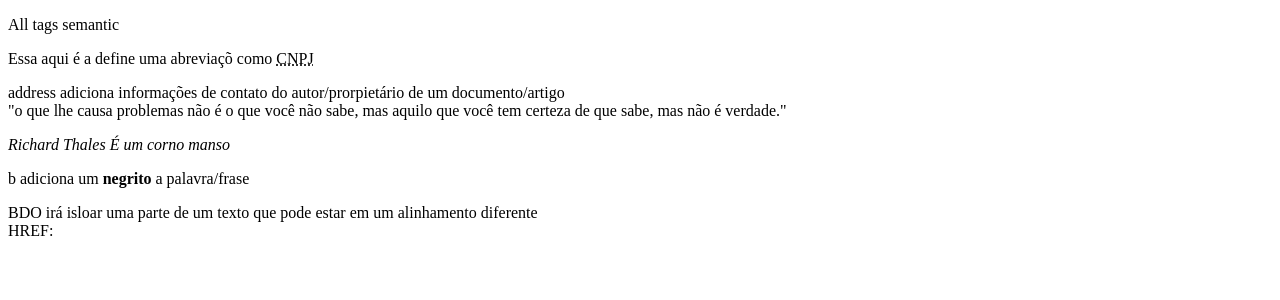
Repository: ErikMesquita/Danki-Code
Page: formatação/index.html
The author's editor kept a copy of each file at every save. The page is drawn from the files as they stood at one save, then again after a run of saves.
The browser window is 1280 px wide. The pictures show the whole page.

Above is the page before, as saved 2023-10-28 11:06:58.

### formatação/index.html
<!DOCTYPE html>
<html lang="pt-br">

<head>
    <meta charset="UTF-8">
    <meta name="viewport" content="width=device-width, initial-scale=1.0">
    <title>Tags de Formatação</title>
</head>

<body>

    <p>All tags semantic</p>
    <!--
        <abbr title=""></abbr> (define uma abreviação ou acrônimo.)

        <address></address> (adiciona informações de contato do autor/proprietário de um documento/artigo.)

        <b></b> (adiciona negrito a uma frase.)

        <bdi></bdi> (irá isolar um parte de um texto formatado que pode estar em um alinhamento diferente.)

        <bdo dir=""></bdo> (substitui a direção do texto autal.)

        <blockquote></blockquote> (define uma citação.)

        <cite></cite> (define o títilo de uma citação.)

        <code></code> (adiciona uma parte de um código. *refere-se ao código de uma linguagem de programação.)

        <del></del> (define um texto que será excluído do documento.)

        <dfn></dfn> (define um termo que será usado posteriormente no documento.)

        <em></em> (usado para dar ênfase a um texto ou frase.)

        <i></i> (permite que um texto ou frase fique em itálico.)

        <ins></ins> (define um texto que será inserido no documento.)

        <kbd></kbd> (define umma letra de atalho para usar no teclado.)

        <mark></mark> (define um texto marcado.)

        <pre></pre> (define um texto pré-formatado.)

        <progress></progress> (usado para representar o progresso de uma tarefa.)

        <s></s> (define um texto que não está mais correto.)

        <small></small> (define que um texto será menor que o ádrão usado.)

        <strong></strong> (define que o texto é importante/relevante.)

        <sub></sub> (define um texto subscrito, ele geralmente é usado para fórmulas químicas.)

        <sup></sup> (define um texto sobrescito, ele geralmente é usado para notas de rodapé.)

        <time></time> (define uma data ou horário específico.)

        <u></u> (define um texto sublinhado.)

        <var></var> (Define uma variável.)

        <wbr></wbr> (define uma possível quebra de linha.)

        -->
    </p>

    <p>Essa aqui é a define uma abreviaçõ como <abbr title="Cadastro Nacional de Pessoas Jurídicas">CNPJ</abbr></p>

    <p>address adiciona informações de contato  do autor/prorpietário de um documento/artigo <br> "o que lhe causa problemas não é o que você não sabe, mas aquilo que você tem certeza de que sabe, mas não é verdade." <address>Richard Thales É um corno manso</address></p>

    <p>b adiciona um <b>negrito</b> a palavra/frase</p>

    <p>BDO irá isloar uma parte de um texto que pode estar em um alinhamento diferente <br><bdi> HREF</bdi>:</p>


</body>

</html>

After the next 2 saves:
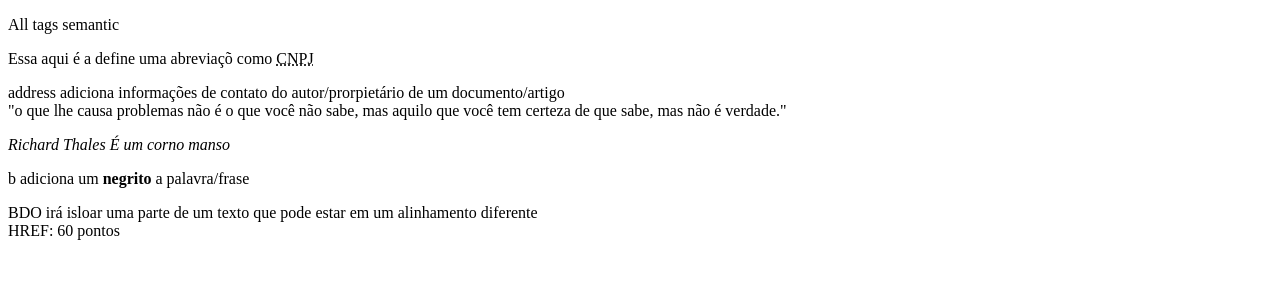
The 2 saves are shown as one change because they came seconds apart.
The last was saved 7 s later.
--- a/formatação/index.html
+++ b/formatação/index.html
@@ -72,7 +72,7 @@
 
     <p>b adiciona um <b>negrito</b> a palavra/frase</p>
 
-    <p>BDO irá isloar uma parte de um texto que pode estar em um alinhamento diferente <br><bdi> HREF</bdi>:</p>
+    <p>BDO irá isloar uma parte de um texto que pode estar em um alinhamento diferente <br><bdi> HREF</bdi>: 60 pontos</p>
 
 
 </body>
